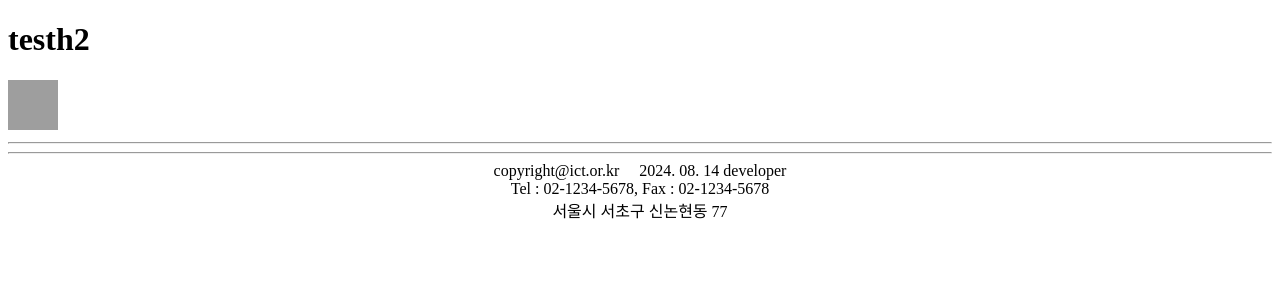
Repository: bianchi112/ict-data
Page: web_workspace/testHTMLProject2/src/main/webapp/index.html
The author's editor kept a copy of each file at every save. The page is drawn from the files as they stood at one save, then again after the next save.
The browser window is 1280 px wide. The pictures show the whole page.
Pictures or frames that could not be fetched are drawn as grey boxes.

Above is the page before, as saved 2024-08-14 05:37:26.

After the next save:
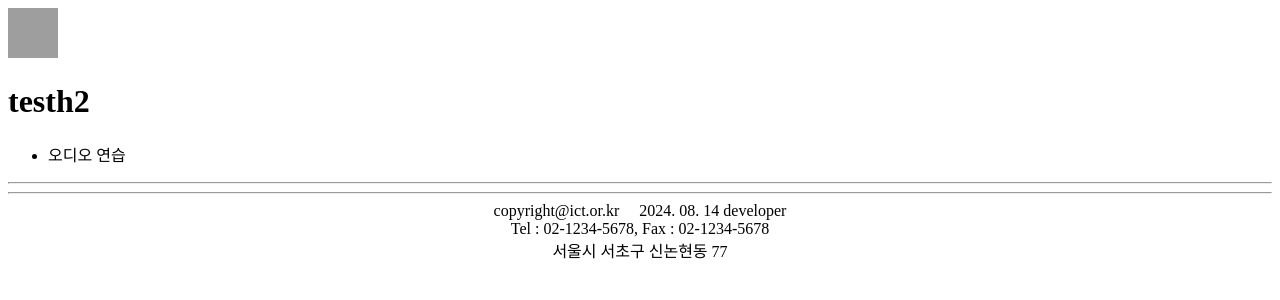
Saved 3 min 12 s later.
--- a/web_workspace/testHTMLProject2/src/main/webapp/index.html
+++ b/web_workspace/testHTMLProject2/src/main/webapp/index.html
@@ -13,7 +13,6 @@
 		     header, section, article, aside, footer, hgroup, figure & figcaption, time, address 등
 	 -->
 	 <header> <!-- 웹 페이지의 머리글 영역을 표시할  때 사용하는 태그, 로고, 메뉴바 등 -->
-	 	<h1>testh2</h1>
 	 	<img src="./resources/images/twitter.jpg" width="50" height="50" alt="로고">
 	 	<!-- 대상 파일지정시 절대경로 또는 상대경로 사용함
 	 		 상대경로 : 현재 문서를 기준으로 대상파일까지 찾아가는 경로
@@ -21,6 +20,12 @@
 	 		 절대경로 : 무조건 content directory (webapp) 에서 시작하는 경로
 	 		 	/context root 명으로 시작함
 	 	 -->
+	 	<h1>testh2</h1>
+	 	<nav> <!-- 메뉴바 만들 때 사용함 -->
+		<ul> <!-- unorder list : 순번 없는 목록, 항목 앞에 기호 표시 -->
+			<li><a>오디오 연습</a></li>
+		</ul>
+	 	</nav>
 	 </header>
 	 <hr>
 	 <section> <!-- 제목, 부제목, 내용으로 구성하는 본문이 있을 때 구역표시용으로 사용 -->
